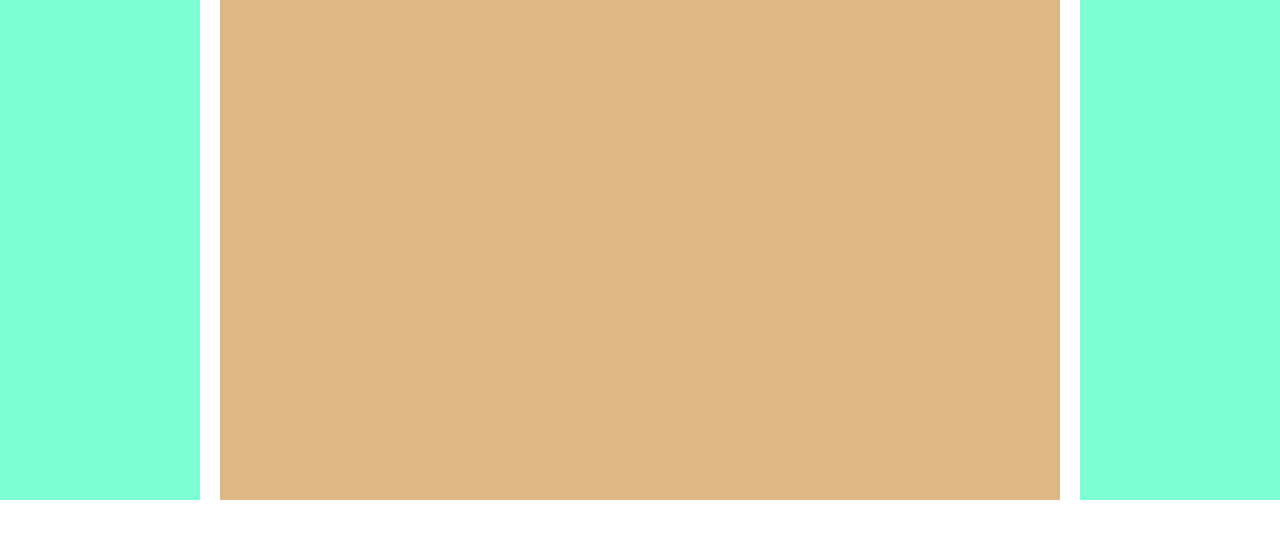
Repository: huangshaomo/study-notes
Page: webpack5/test.html
An editor plug-in stored every save of this project. The page is shown before and after the next save, followed by the edit.
The browser window is 1280 px wide. The pictures show the whole page.

Above is the page before, as saved 2021-01-06 15:51:54.

After the next save:
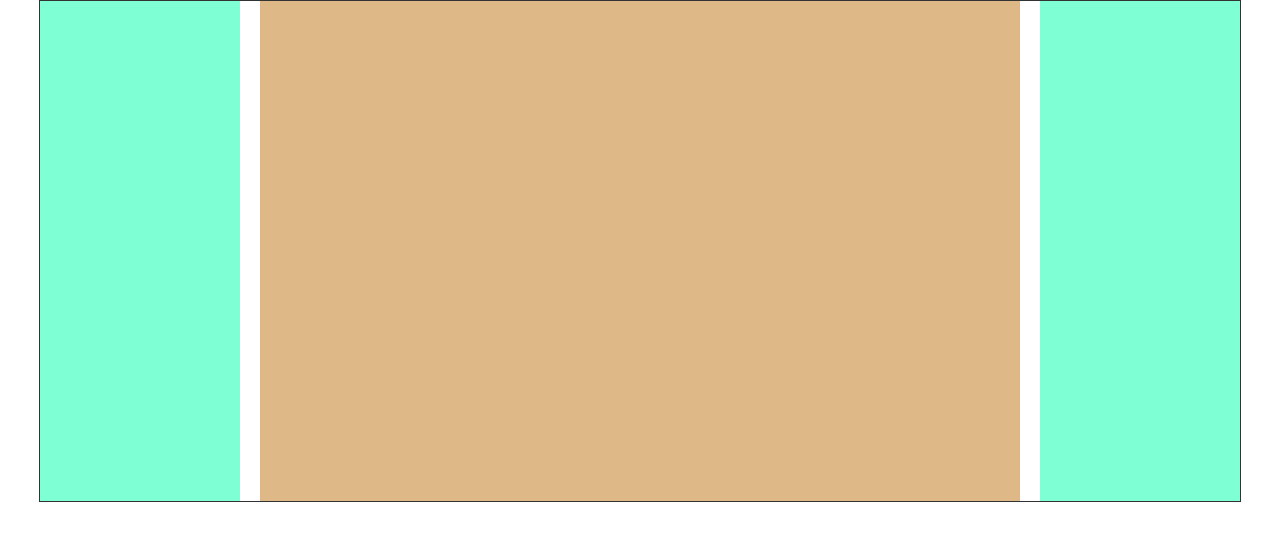
Saved 30 s later.
--- a/webpack5/test.html
+++ b/webpack5/test.html
@@ -6,7 +6,7 @@
     <title>Document</title>
     <style>
         *{margin: 0px; padding: 0px; line-height: 1;}
-        /* .box{width: 1200px; border: 1px solid #333; height: 500px; margin: 0 auto;} */
+        .box{width: 1200px; border: 1px solid #333; height: 500px; margin: 0 auto;}
         .left{float: left; margin-right: 20px;}
         .right{float: right; margin-left: 20px;}
         .slide{width: 200px; background-color: aquamarine; height: 500px;}
